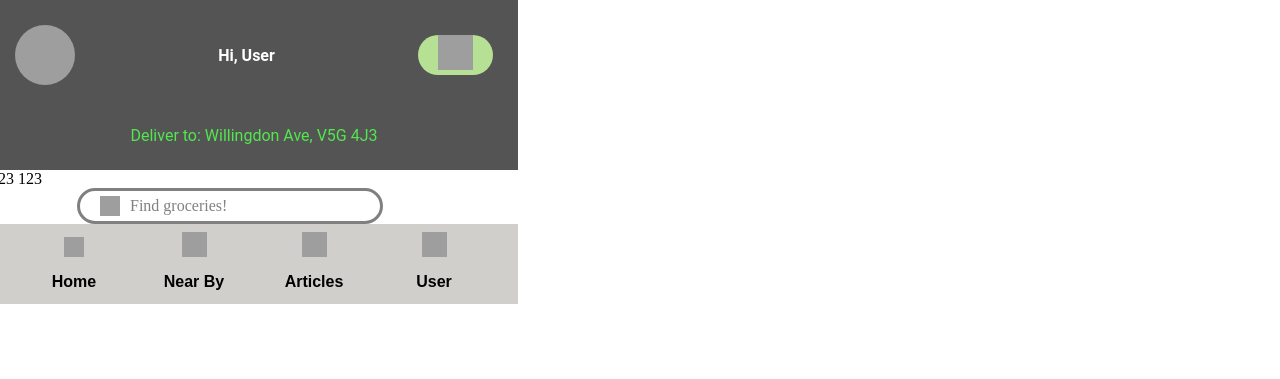
Repository: Apanjapi/Interactive-Web-App-Group2
Page: front-end/main-page.html
These files come from the project's save history. The page is drawn as it stood at one moment and after the next save; the edit follows.
The browser window is 1280 px wide. The pictures show the whole page.
Pictures or frames that could not be fetched are drawn as grey boxes.

Above is the page before, as saved 2021-03-08 02:47:17.

### front-end/main-page.html
<!DOCTYPE html>
<html>
    <head>
        <title>main page</title>
        <link href="./styling/article.css" rel="stylesheet" type="text/css"/>
    </head>
    <body>
        <div id="main">
            <div class="main-page">
                <div class="top-nav">

                </div>
                <div class="test">
                    123

                    123
                </div>
                <div class="low-nav">

                </div>
            </div>
        </div>
        <script src="./comps/global/top-nav/index.js"></script>
        <script src="./comps/global/low-nav/index.js"></script>
        <script src="./comps/global/search-bar/index.js"></script>
        <script src="main-page.js"></script>
    </body>
</html>

### front-end/styling/article.css
html, body {
    margin: 0;
    padding: 0;
    margin-left: 15px;
    width: 400px;
}

#main {
    width: 100%;
    height: 100%;
    display: flex;
    justify-content: center;
    align-items: center;
    position: relative;
    /* margin-left: 500px;
    margin-left: 500px; */
}

.article {
    width: 100%;
}

.top, .middle, .image, .bottom {
    display: flex;
    justify-content: center;
    align-items: center;
}

.top {
    /* margin-top: 100px; */
}

.bottom {
    flex-direction: column;
    font-size: 20px;
}

.low-nav {
    position: sticky;
    bottom: 0px;
}

@media only screen and (min-width:320px){

}

### front-end/comps/global/top-nav/index.js
function TopNavUI()
{
    return `
      <div style="
        display: flex;
        flex-direction: column;
        background-color: #545454;
        width: 110%;
        height: 170px;
      ">
        <div class="top-row" style="
            display: flex;
            flex-direction: row;
            align-items: center;
            justify-content: space-between;
            margin: 25px;
        ">
          <img src="https://images-na.ssl-images-amazon.com/images/I/51Zjl6B5j9L._AC_SL1000_.jpg" style="
            border-radius: 50%;
            width: 60px;
            height: 60px;
          "/>

          <p style="
            color: white;
            font-family: Roboto;
            font-weight: bold;
          ">Hi, User</p>

          <div class="cart" style="
            background-color: #B6E094;
            width: 75px;
            height: 40px;
            border-radius: 50px;
            display: flex;
            justify-content: center;
          ">
            <img src="https://icon-library.com/images/white-shopping-cart-icon/white-shopping-cart-icon-9.jpg" style="
              width: 35px;
              height: 35px;
            "/>
          </div>
        </div>
        <div class="bot-row" style="
          display: flex;
          justify-content: center;
          align-items: center;
        ">
          <p style="
            color: #52E74F;
            font-family: Roboto;
          ">Deliver to: Willingdon Ave, V5G 4J3</p>
        </div>
      </div>
    `
}

// export const TopNav = TopNavUI();

### front-end/comps/global/low-nav/index.js
function LowerNavUI(){
    return `
      <div style="
        display: flex;
        flex-direction: row;
        background-color: #d1cfcb;
        width: 110%;
        height: 80px;
        justify-content: center;
        align-items: center;
        "
      >
        <div style="
          display: flex;
          flex-direction: column;
          width: 100px;
          height: 100px;
          justify-content: center;
          align-items: center;
          margin: 10px;
          margin-top: 25px;
        "
        >
          <img src="https://cdn4.iconfinder.com/data/icons/pictype-free-vector-icons/16/home-512.png" style="
            width: 20px;
            height: 20px;
          "/>
          <p style="
            color: black;
            font-weight: bold;
            font-family: sans-serif;
          "
          >Home</p>
        </div>

        <div style="
          display: flex;
          flex-direction: column;
          width: 100px;
          height: 100px;
          justify-content: center;
          align-items: center;
          margin: 10px;
          margin-top: 20px;
        "
        >
          <img src="https://cdn3.iconfinder.com/data/icons/glypho-free/64/map-pin-marker-circle-512.png" style="
            width: 25px;
            height: 25px;
          "/>
          <p style="
            color: black;
            font-weight: bold;
            font-family: sans-serif;
          "
          >Near By</p>
        </div>

        <div style="
          display: flex;
          flex-direction: column;
          width: 100px;
          height: 100px;
          justify-content: center;
          align-items: center;
          margin: 10px;
          margin-top: 20px;
        "
        >
          <img src="https://cdn.iconscout.com/icon/free/png-256/shopping-cart-452-1163339.png" style="
            width: 25px;
            height: 25px;
          "/>
          <p style="
            color: black;
            font-weight: bold;
            font-family: sans-serif;
          "
          >Articles</p>
        </div>

        <div style="
          display: flex;
          flex-direction: column;
          width: 100px;
          height: 100px;
          justify-content: center;
          align-items: center;
          margin: 10px;
          margin-top: 20px;
        "
        >
          <img src="https://cdn2.iconfinder.com/data/icons/font-awesome/1792/user-512.png" style="
            width: 25px;
            height: 25px;
          "/>
          <p style="
            color: black;
            font-weight: bold;
            font-family: sans-serif;
          "
          >User</p>
        </div>
      </div>
    `
}

// export const LowerNav = LowerNavUI();

### front-end/comps/global/search-bar/index.js
function SearchBarUI()
{
    return `
      <div style="
        width: 300px;
        height: 30px;
        border-radius: 30px;
        border: 3px solid grey;
        background-color: white;
        display: flex;
        align-items: center;
        margin: auto;
      ">
        <div style="
          margin-left: 20px;
          display: flex;
        ">
          <img src="http://simpleicon.com/wp-content/uploads/magnifier-2.png" style="
            width: 20px;
            height: 20px;
          ">
        </div>

        <div>
          <p style="
            color: grey;
            margin-left: 10px;
          ">Find groceries!</p>
        </div>
      </div>
    `
}

// export const SearchBar = SearchBarUI();

### front-end/main-page.js
document.querySelector(".top-nav").innerHTML += TopNavUI();
document.querySelector(".low-nav").innerHTML += LowerNavUI();
document.querySelector(".test").innerHTML += SearchBarUI();

After the next save:
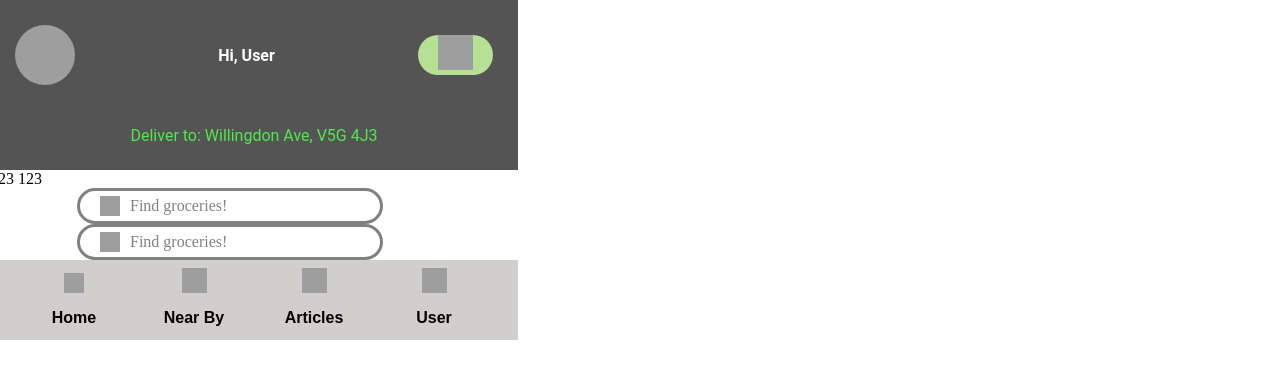
Saved 27 s later.
--- a/front-end/main-page.js
+++ b/front-end/main-page.js
@@ -1,3 +1,4 @@
 document.querySelector(".top-nav").innerHTML += TopNavUI();
 document.querySelector(".low-nav").innerHTML += LowerNavUI();
 document.querySelector(".test").innerHTML += SearchBarUI();
+document.querySelector(".test").innerHTML += SearchBarUI();

After the 2 saves that followed:
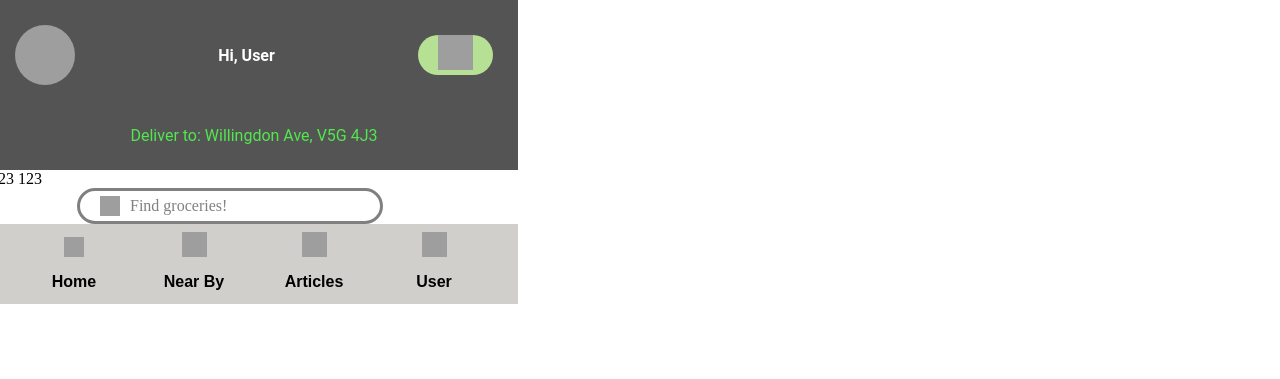
Console error: ReferenceError: ProductCardUI is not defined
The 2 saves are shown as one change because they came seconds apart.
The last was saved 8 s later.
--- a/front-end/main-page.js
+++ b/front-end/main-page.js
@@ -1,4 +1,4 @@
 document.querySelector(".top-nav").innerHTML += TopNavUI();
 document.querySelector(".low-nav").innerHTML += LowerNavUI();
 document.querySelector(".test").innerHTML += SearchBarUI();
-document.querySelector(".test").innerHTML += SearchBarUI();
+document.querySelector(".test").innerHTML += ProductCardUI();
